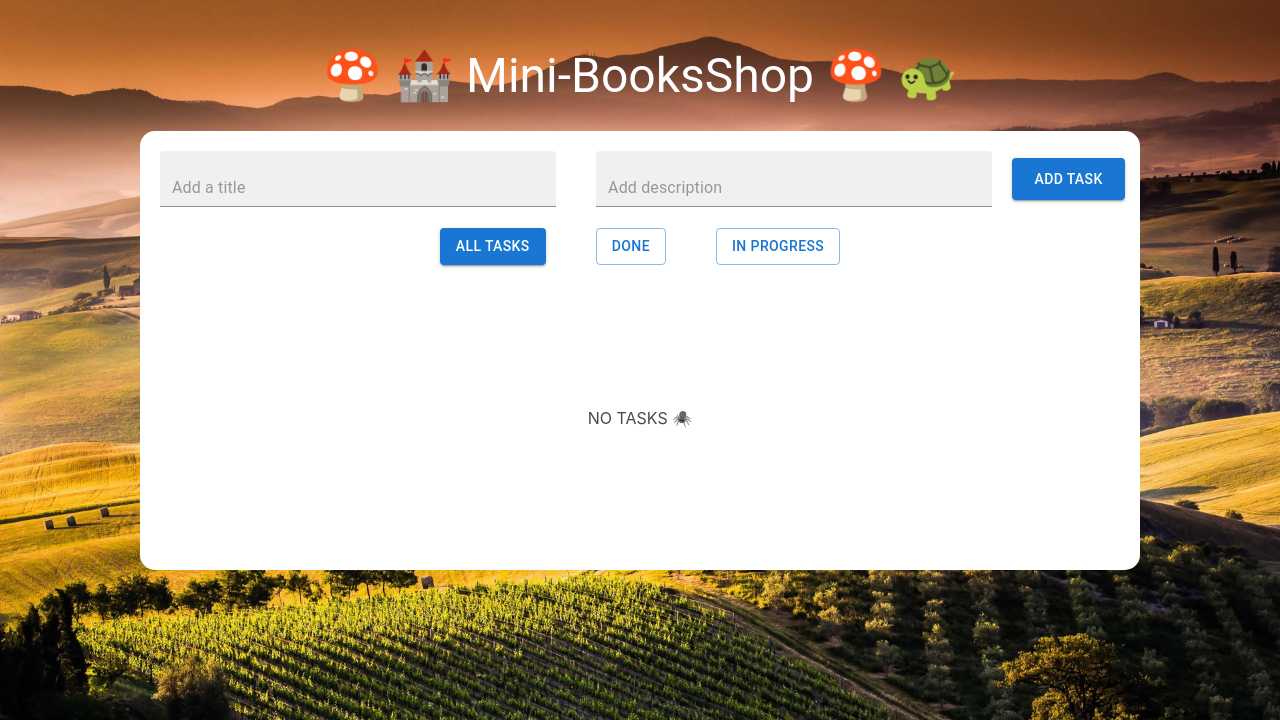
Repository: Tracy-maker/mini-bookshop
Page: /
These files come from the project's save history. The page is drawn as it stood at one moment and after the next save; the edit follows.
The browser window is 1280 px wide. The pictures show the whole page.
The project was rebuilt for these pictures with package versions that can differ from the ones it lists, and the page was loaded fresh each time. Also part of the build but not shown: src/components/TaskEdit.js, src/components/TaskShow.js.

Above is the page before, as saved 2023-09-21 13:15:59.

After the next save:
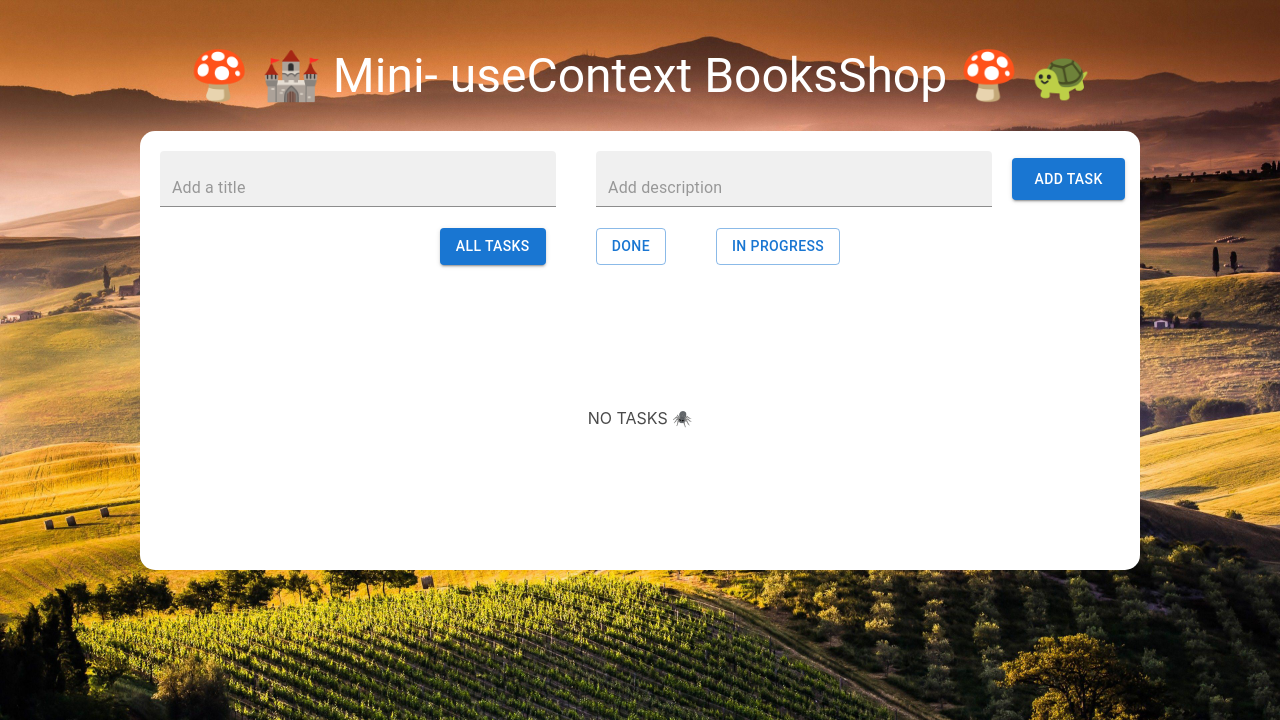
Saved 51 s later.
--- a/src/App.js
+++ b/src/App.js
@@ -121,7 +121,7 @@ function App() {
   return (
     <StyledContainer>
       <Title variant="h3" gutterBottom>
-      🍄 🏰 Mini-BooksShop 🍄 🐢
+      🍄 🏰 Mini- useContext BooksShop 🍄 🐢
       </Title>
       <TaskForm>
         <CreateTask onCreate={createTask} />
